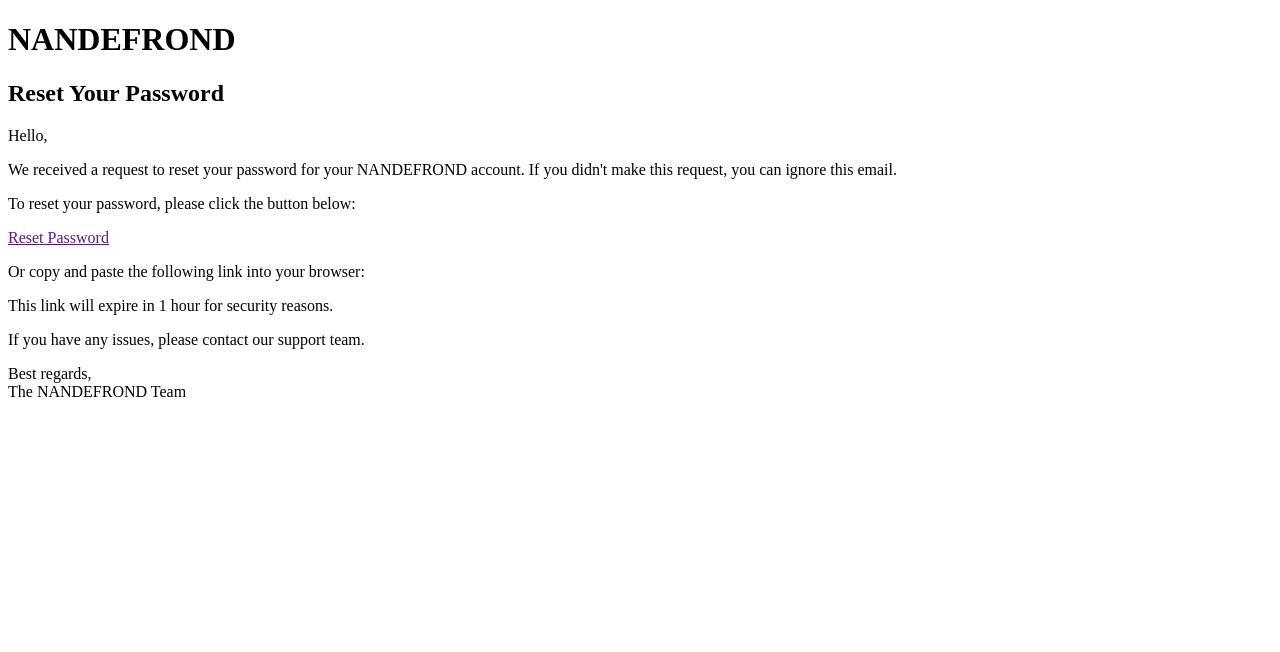
Repository: Nandezu/Guryca-Backend
Page: templates/emails/password_reset_email.html
These files come from the project's save history. The page is drawn as it stood at one moment and after the next save; the edit follows.
The browser window is 1280 px wide. The pictures show the whole page.
The template is drawn by Django 5.2. The application's start-up code is not run. The template is opened directly, without the code that normally fills it, so the values that code supplies are empty.

Above is the page before, as saved 2024-07-26 15:56:37.

After the next save:
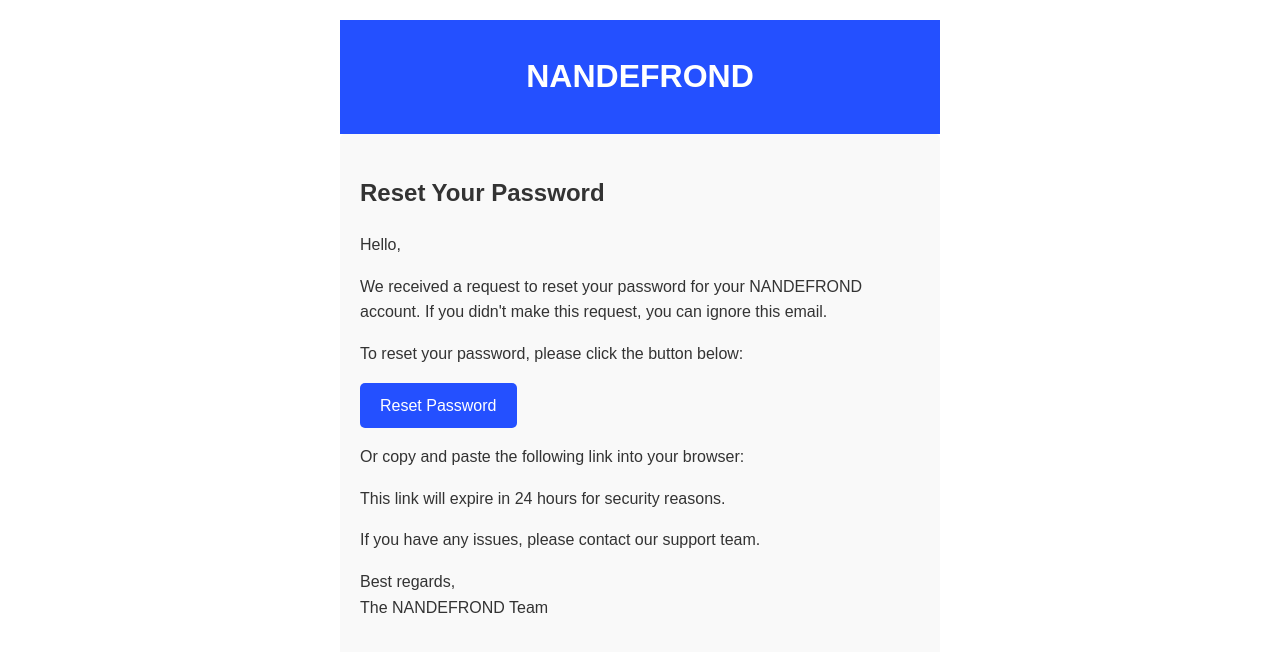
Saved 5 h 2 min later.
--- a/templates/emails/password_reset_email.html
+++ b/templates/emails/password_reset_email.html
@@ -5,7 +5,33 @@
     <meta name="viewport" content="width=device-width, initial-scale=1.0">
     <title>Reset Your Password</title>
     <style>
-        /* ... (stávající styly) ... */
+        body {
+            font-family: Arial, sans-serif;
+            line-height: 1.6;
+            color: #333;
+            max-width: 600px;
+            margin: 0 auto;
+            padding: 20px;
+        }
+        .header {
+            background-color: #2450FF;
+            color: white;
+            padding: 10px;
+            text-align: center;
+        }
+        .content {
+            background-color: #f9f9f9;
+            padding: 20px;
+            border-radius: 5px;
+        }
+        .button {
+            display: inline-block;
+            padding: 10px 20px;
+            background-color: #2450FF;
+            color: white;
+            text-decoration: none;
+            border-radius: 5px;
+        }
     </style>
 </head>
 <body>
@@ -22,7 +48,7 @@
         </p>
         <p>Or copy and paste the following link into your browser:</p>
         <p>{{ reset_url }}</p>
-        <p>This link will expire in 1 hour for security reasons.</p>
+        <p>This link will expire in 24 hours for security reasons.</p>
         <p>If you have any issues, please contact our support team.</p>
         <p>Best regards,<br>The NANDEFROND Team</p>
     </div>
